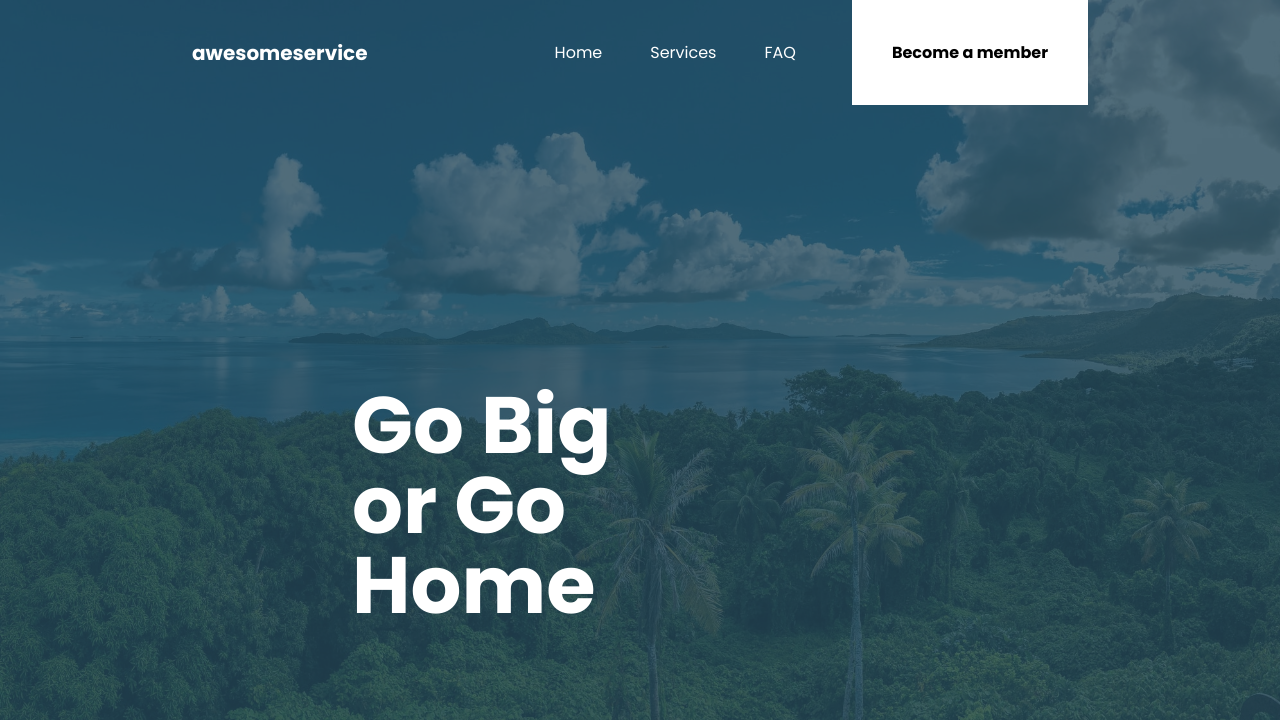
Repository: Hyperion72R/Animated-Navigation
Page: index.html
The author's editor kept a copy of each file at every save. The page is drawn from the files as they stood at one save, then again after the next save.
The browser window is 1280 px wide. The pictures show the whole page.
The style sheet was rebuilt from its Sass, Less or Tailwind sources for each picture, by a compiler version that may differ from the author's.

Above is the page before, as saved 2021-08-22 14:21:29.

After the next save:
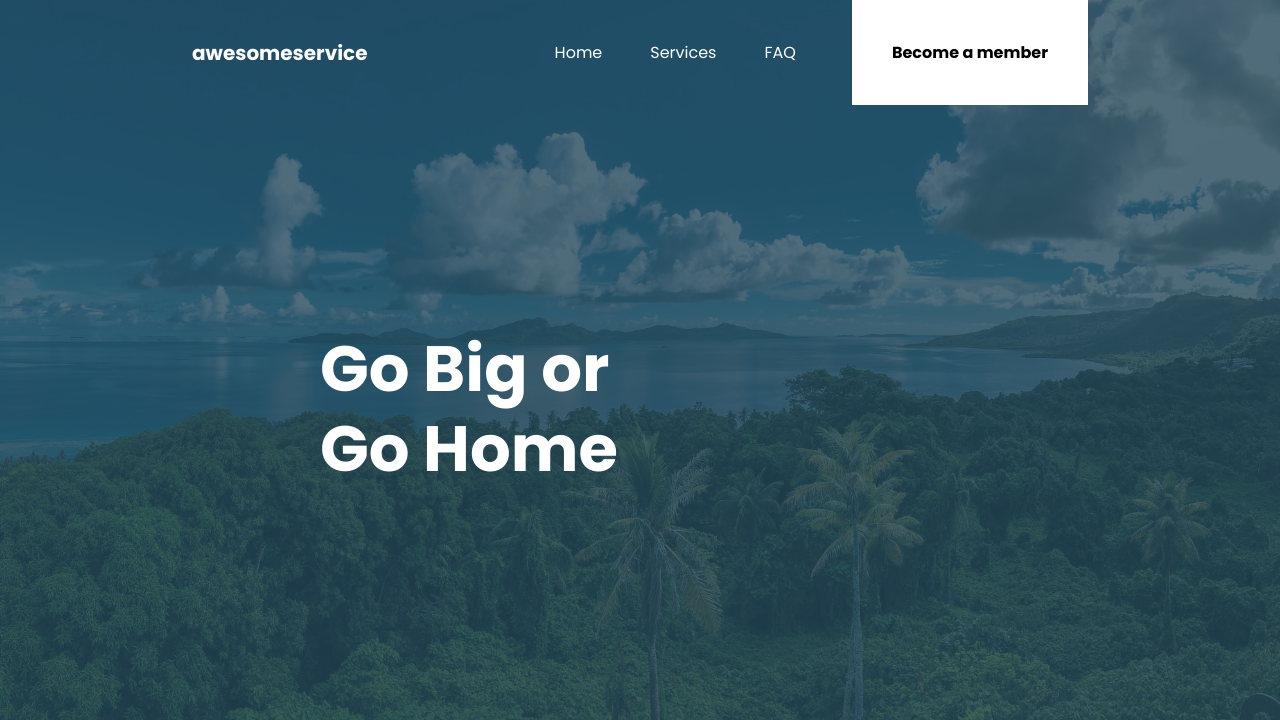
Saved 30 s later.
--- a/css/main.scss
+++ b/css/main.scss
@@ -97,7 +97,7 @@ header {
 }
 
 h1 {
-  font-size: 5rem;
+  font-size: 4rem;
   width: 40%;
   line-height: 5rem;
   margin-left: 2em;
